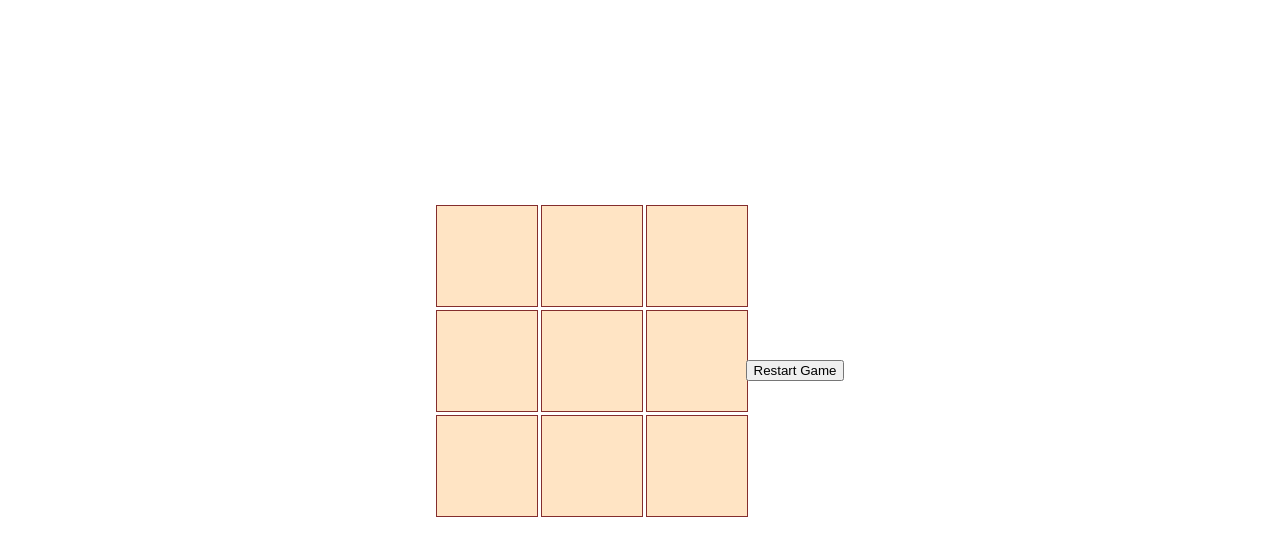
Repository: Suonii/Mo
Page: index.html
The author's editor kept a copy of each file at every save. The page is drawn from the files as they stood at one save, then again after the next save.
The browser window is 1280 px wide. The pictures show the whole page.

Above is the page before, as saved 2024-07-27 16:08:37.

### index.html
<!DOCTYPE html>
<html lang="en">

<Head>
    <meta charset="UTF-8">
    <meta name="viewport" content="width=device-width, initial-scale=1.0">
    <title>Tic-Tac-Toe</title>
    <link rel="stylesheet" href="style.css">
</Head>
<body>
    <div id="game-board">
        <div class="cell" data-index="0"></div>
        <div class="cell" data-index="1"></div>
        <div class="cell" data-index="2"></div>
        <div class="cell" data-index="3"></div>
        <div class="cell" data-index="4"></div>
        <div class="cell" data-index="5"></div>
        <div class="cell" data-index="6"></div>
        <div class="cell" data-index="7"></div>
        <div class="cell" data-index="8"></div>
    </div>
    <button id="restart-btn">Restart Game</button>
    <script src="script.js"></script>
</body>
</html>

### style.css
body {
    display: flex;
    justify-content: center;
    align-items: center;
    height:100vh;
    margin:0;
    font-family: Arial, Helvetica, sans-serif;
}

#game-board {
    display: grid;
    grid-template-columns: repeat(3, 100px);
    grid-template-rows: repeat(3, 100px);
    gap: 5px;
}

.cell {
    width: 100px;
    height:100px;
    background-color:bisque;
    display: flex;
    align-items: center;
    justify-content: center;
    font-size: 2em;
    cursor: pointer;
    border: 1px solid #842d2d;
}

.cell:hover {
    background-color:blanchedalmond;
}

#restart-btn {
    margin-top:20px;
}

### script.js
const cells = document.querySelectorAll('.cell');
const restartBtn = document.getElementById('restart-btn');
let currentPlayer = 'X';
let board = ['', '', '', '', '', '', '', '', ''];
let isGameActive = true;

function checkWinner() {
    const winPatterns = [
        [0, 1, 2],
        [3, 4, 5],
        [6, 7, 8],
        [0, 3, 6],
        [1, 4, 7],
        [2, 5, 8],
        [0, 4, 8],
        [2, 4, 6]
    ];

    for (const [a, b, c] of winPatterns) {
        if (board[a] && board[a] === board[b] && board[a] === board[c]) {
            return board[a];
        }
    }
    return board.includes('') ? null : 'T'; // T for Tie
}

function handleClick(e) {
    const index = e.target.getAttribute('data-index');
    if (board[index] || !isGameActive) return;

    board[index] = currentPlayer;
    e.target.textContent = currentPlayer;

    const winner = checkWinner();
    if (winner) {
        isGameActive = false;
        setTimeout(() => {
            if (winner === 'T') {
                alert("It's a tie!");
            } else {
                alert(`${winner} wins!`);
            }
        }, 100);
    } else {
        currentPlayer = currentPlayer === 'X' ? 'O' : 'X';
    }
}

function restartGame() {
    board = ['', '', '', '', '', '', '', '', ''];
    isGameActive = true;
    currentPlayer = 'X';
    cells.forEach(cell => cell.textContent = '');
}

cells.forEach(cell => cell.addEventListener('click', handleClick));
restartBtn.addEventListener('click', restartGame);

After the next save:
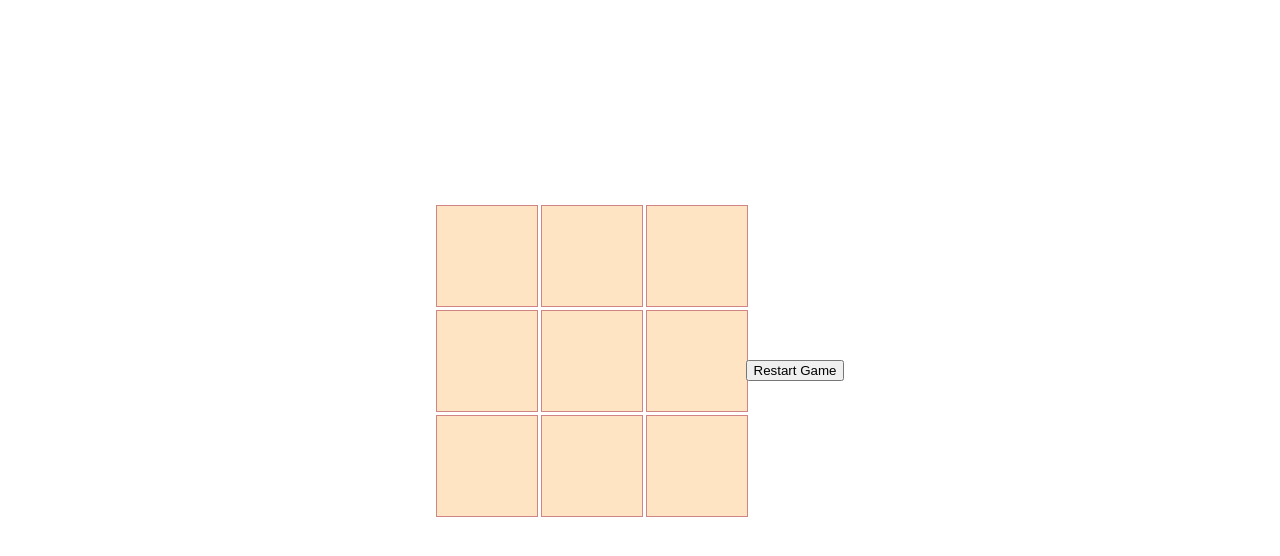
Saved 11 s later.
--- a/style.css
+++ b/style.css
@@ -23,7 +23,7 @@ body {
     justify-content: center;
     font-size: 2em;
     cursor: pointer;
-    border: 1px solid #842d2d;
+    border: 1px solid #d08585;
 }
 
 .cell:hover {
